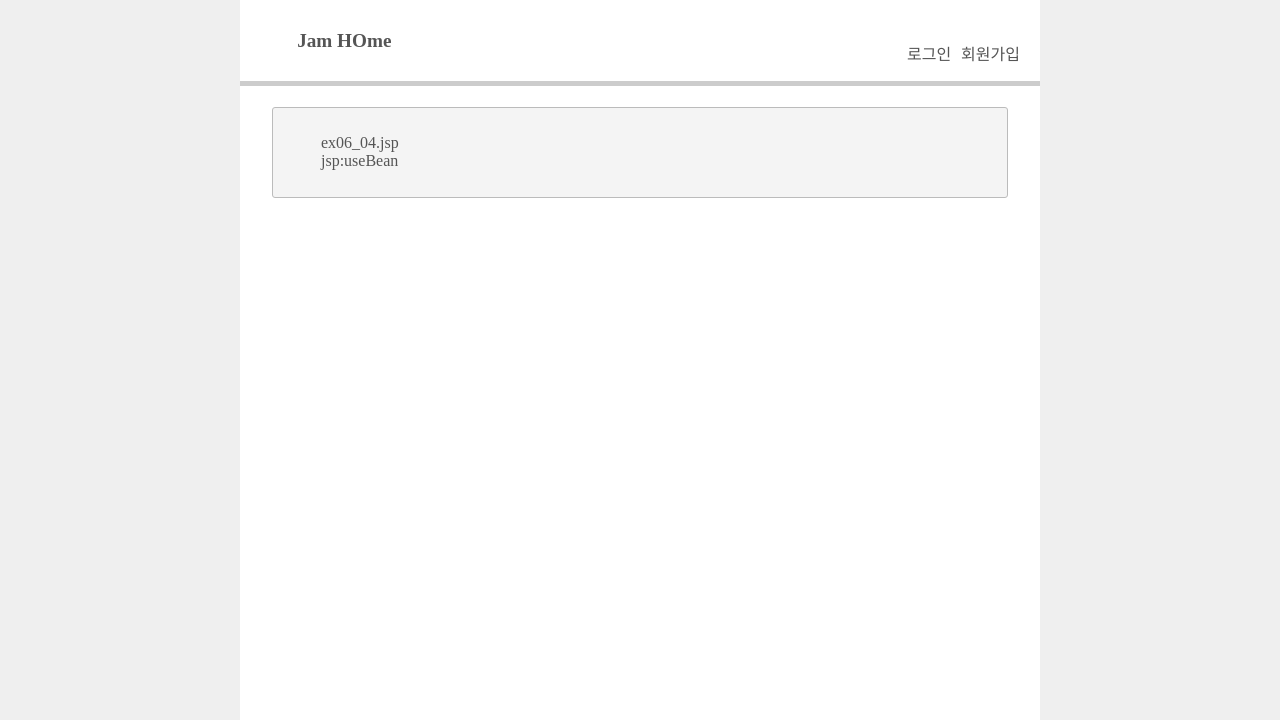
Repository: woals5636/JSPClass
Page: http://localhost/jspPro/days06/ex06_04.jsp
These files come from the project's save history. The page is drawn as it stood at one moment and after the next save; the edit follows.
The browser window is 1280 px wide. The pictures show the whole page.
Some web fonts or font styles are not loaded; a fallback is used. The page is served by Tomcat 9. Other server files are loaded and not shown.

Above is the page before, as saved 2024-10-22 07:51:59.

### jspPro/src/main/webapp/days06/ex06_04.jsp
<%@ page contentType="text/html; charset=UTF-8" pageEncoding="UTF-8"%>
<%@ taglib prefix="c" uri="http://java.sun.com/jsp/jstl/core"%>
<%@ page trimDirectiveWhitespaces="true" %>
<!DOCTYPE html>
<html>
<head>
<meta charset="UTF-8">
<title>Insert title here</title>
<link rel="shortcut icon" type="image/x-icon" href="http://localhost/jspPro/images/SiSt.ico">
<script src="https://ajax.googleapis.com/ajax/libs/jquery/3.7.1/jquery.min.js"></script>
<meta name="viewport" content="width=device-width, initial-scale=1.0">
<meta name="google" content="notranslate">
<link rel="stylesheet" href="http://localhost/jspPro/resources/cdn-main/example.css">
<script src="http://localhost/jspPro/resources/cdn-main/example.js"></script>
<style>
 span.material-symbols-outlined{
    vertical-align: text-bottom;
 }
</style>
</head>
<body>
<header>
  <h1 class="main"><a href="#" style="position: absolute;top:30px;">Jam HOme</a></h1>
  <ul>
    <li><a href="#">로그인</a></li>
    <li><a href="#">회원가입</a></li>
  </ul>
</header>
<div>
  <xmp class="code">
  	ex06_04.jsp
  	jsp:useBean
  </xmp>
</div>
</body>
</html>

### jspPro/src/main/webapp/resources/cdn-main/example.css
@charset "UTF-8";

@import url('https://fonts.googleapis.com/css2?family=Material+Symbols+Outlined:opsz,wght,FILL,GRAD@20..48,100..700,0..1,-50..200');

@font-face {
    font-family: 'GmarketSansMedium';
    src: url('https://cdn.jsdelivr.net/gh/projectnoonnu/noonfonts_2001@1.1/GmarketSansMedium.woff') format('woff');
    font-weight: normal;
    font-style: normal;
}

:root {
	--text-color: #555;
	--sub-text-color: #777;
	--back-color: #EFEFEF;
	--header-color: #444;
	--primary-color: #DEDEDE;
	--secondary-color: #EFEFEF;
	--default-width: 800px;
	--narrow-width: 500px;
	--wide-width: 1200px;
	--text-font: 'GmarketSansMedium';
	--icon-font: 'Material Symbols Outlined';
	--border-color: #CCC;
}

html, body {
	margin: 0;
	padding: 0;
}

html {
	background-color: var(--back-color);
	display: flex;
	justify-content: center;
	min-height: 100vh;
}

body, body.default {
	width: var(--default-width);
	background-color: white;
	padding-bottom: 120px;
}

body.wide {
	width: var(--wide-width);
}

body.narrow {
	width: var(--narrow-width);
}



body, p, div, span, a, input, select, option, textarea, button, table, th, td, label, fieldset, legend {
	font-family: var(--text-font);
	color: var(--text-color);
}

h1, h2, h3 {
	font-family: var(--text-font);
	color: var(--header-color);
	padding: 0 1rem;
	padding-top: .5rem;
}

div > h1, div > h2, div > h3 {
	padding: 0;
}

body > div, body > main > div {
	padding: 0.3rem 1rem;
}


h1 { font-size: 2rem; border-bottom: 1px solid var(--border-color); }
h1 small { font-size: 1.2rem; color: var(--sub-text-color); }
h2 { font-size: 1.5rem; border-bottom: 1px dashed var(--border-color); }
h2 small { font-size: 1.1rem; color: --sub-text-color; }
h3 { font-size: 1.2rem; }
h3 small { font-size: 1rem; color: --sub-text-color; }



h1.main::before {
	font-family: var(--icon-font);
  	content: '\e666';
  	margin-right: 10px;
  	float: left;
	font-size: 2.5rem;
}

h1.sub::before {
	font-family: var(--icon-font);
  	content: '\ea19';
  	margin-right: 10px;
  	float: left;
	font-size: 2.5rem;
}


h1.page::before {
	font-family: var(--icon-font);
  	content: '\e0e0';
  	margin-right: 10px;
  	float: left;
	font-size: 2.5rem;
}

body > header > ul > li > .active{
	background-color: #FFF;
	color:#F00;
}

body > header {
	display: flex;
	justify-content: space-between;
	border-bottom: 5px solid var(--border-color);
	min-height: 74px;
	background-color: #FFF;
}

body > header.sticky {
	position: sticky;
	top: 0;
	z-index: 98;
}

body > header > h1 {
	font-size: 1.2rem;
	border: 0;
}

body > header.in > h1::before {
	font-family: var(--icon-font);
  	content: '\e332‥';
  	margin-right: 3px;
  	float: left;
	font-size: 2rem;
}


body > header > ul {
	list-style-type: none;
	display: flex;
	align-items: flex-end;
	margin-right: 10px;
}

body > header > ul > li {
	margin-right: 10px;
	cursor: pointer;
}

body > header > ul > li > a {
	cursor: pointer;
}


form {
	display: block;
}

form > div {
	padding: 0.3rem 1rem;
}

div > form > div {
	padding: 0.3rem 0;
}

input, textarea, button, select {
	border: 1px solid #BBB;
	border-radius: 3px;
	outline: none;
	resize: none;
	padding: 7px;
	margin: 0;
}

input[type=text]:read-only, textarea:read-only {
	cursor: not-allowed;
	background-color: #FFF;
}

input[type=text]:disabled, textarea:disabled {
	cursor: not-allowed;
	background-color: #EEE;
}

input[type=text], input[type=password], textarea, button, select {
	/* width: 300px; */
}

textarea {
	display: block;
	height: 100px;
}

input[type=button], input[type=submit], button {
	/* width: inherit; */
}

input.short, textarea.short, button.short, select.short {
	width: 100px;
}

input.long, textarea.long, button.long, select.long {
	width: 350px;
}

.narrow input.long, .narrow textarea.long, .narrow button.long, .narrow select.long {
	width: calc(100% - 20px);
}

input.full, textarea.full, button.full, select.full {
	width: calc(100% - 20px);
}

textarea.short {
	height: 50px;
}

textarea.long {
	height: 100px;
}

textarea.full {
	height: 200px;
}

input, textarea {
	padding-top: 8px;
}

input[type=button], input[type=submit], button {
	padding: 5px 10px;
	background-color: var(--secondary-color);
	cursor: pointer;
	min-height: 36px;
}

input[type=button].primary, input[type=submit].primary, button.primary {
	/* background-color: rgba(100, 149, 237, .2); */
	background-color: var(--primary-color);
}

input[type=button].primary:hover, input[type=submit].primary:hover, button.primary:hover {
	/* background-color: rgba(100, 149, 237, .3); */
	background-color: var(--secondary-color);
}

input[type=button]:hover, input[type=submit]:hover, button:hover {
	background-color: var(--primary-color);
}

button {
	position: relative;
	left: 0;
	top: 0;
	padding-left: 35px;
}

button .material-symbols-outlined {
	position: absolute;
	left: 10px;
	top: 4px;
}

/* k2nik add */
button.login::before {
	font-family: var(--icon-font);
  	content: '\ea77';
	position: absolute;
	left: 11px;
	top: 4px;
	font-size: 1.25rem;
}

/* k2nik logout */
button.logout::before {
	font-family: var(--icon-font);
  	content: '\e9ba';
	position: absolute;
	left: 11px;
	top: 4px;
	font-size: 1.25rem;
}

/* k2nik help */
button.help::before {
	font-family: var(--icon-font);
  	content: '\f1c0';
	position: absolute;
	left: 11px;
	top: 4px;
	font-size: 1.25rem;
}

button.add::before{
	font-family: var(--icon-font);
  	content: '\e746';
	position: absolute;
	left: 11px;
	top: 4px;
	font-size: 1.25rem;
}

button.back::before {
	font-family: var(--icon-font);
  	content: '\e166';
	position: absolute;
	left: 11px;
	top: 4px;
	font-size: 1.25rem;
}

button.list::before {
	font-family: var(--icon-font);
  	content: '\e0ee';
	position: absolute;
	left: 11px;
	top: 4px;
	font-size: 1.25rem;
}


button.del::before {
	font-family: var(--icon-font);
  	content: '\e872';
	position: absolute;
	left: 11px;
	top: 4px;
	font-size: 1.25rem;
}


button.edit::before {
	font-family: var(--icon-font);
  	content: '\e745';
	position: absolute;
	left: 11px;
	top: 4px;
	font-size: 1.25rem;
}


button.login::before {
	font-family: var(--icon-font);
  	content: '\ea77';
	position: absolute;
	left: 11px;
	top: 4px;
	font-size: 1.25rem;
}


button.logout::before {
	font-family: var(--icon-font);
  	content: '\e9ba';
	position: absolute;
	left: 11px;
	top: 4px;
	font-size: 1.25rem;
}


button.in::before {
	font-family: var(--icon-font);
  	content: '\f71a';
	position: absolute;
	left: 11px;
	top: 4px;
	font-size: 1.25rem;
}


button.out::before {
	font-family: var(--icon-font);
  	content: '\f70e';
	position: absolute;
	left: 11px;
	top: 4px;
	font-size: 1.25rem;
}


button.reply::before {
	font-family: var(--icon-font);
  	content: '\e15e';
	position: absolute;
	left: 11px;
	top: 4px;
	font-size: 1.25rem;
}


button.comment::before {
	font-family: var(--icon-font);
  	content: '\e0b9';
	position: absolute;
	left: 11px;
	top: 4px;
	font-size: 1.25rem;
}


button.modal::before {
	font-family: var(--icon-font);
  	content: '\e89e';
	position: absolute;
	left: 11px;
	top: 4px;
	font-size: 1.25rem;
}


button.ok::before {
	font-family: var(--icon-font);
  	content: '\e86c';
	position: absolute;
	left: 11px;
	top: 4px;
	font-size: 1.25rem;
}


button.cancel::before {
	font-family: var(--icon-font);
  	content: '\e5c9';
	position: absolute;
	left: 11px;
	top: 4px;
	font-size: 1.25rem;
}

button.search::before {
	font-family: var(--icon-font);
  	content: '\e8b6';
	position: absolute;
	left: 11px;
	top: 4px;
	font-size: 1.25rem;
}

button.home::before {
	font-family: var(--icon-font);
  	content: '\e88a';
	position: absolute;
	left: 11px;
	top: 4px;
	font-size: 1.25rem;
}


button.sidebar::before {
	font-family: var(--icon-font);
  	content: '\f7e4';
	position: absolute;
	left: 11px;
	top: 4px;
	font-size: 1.25rem;
}


button.sidebar-right::before {
	font-family: var(--icon-font);
  	content: '\f7e5';
	position: absolute;
	left: 11px;
	top: 4px;
	font-size: 1.25rem;
}




button::before {
	font-family: var(--icon-font);
  	content: '\e323';
	position: absolute;
	left: 11px;
	top: 4px;
	font-size: 1.25rem;
}


table {
	border-collapse: collapse;
	margin: 1rem;
	box-sizing: border-box;
	width: calc(100% - 32px);
}

table.content {
	width: auto;
}

div > table {
	margin: 0;
}

table th, table td {
	border: 1px solid var(--border-color);
	padding: 7px;
	font-weight: normal;
}

table th {
	background-color: var(--back-color);
}

table.vertical th {
	width: 150px;
}

table.vertical td {
	width: calc(100% - 182px);
	padding-left: 10px;
}

table.content td, table.content th {
	width: auto;
}

body.narrow table.vertical th {
	width: 100px;
}

body.narrow table.vertical td {
	width: calc(100% - 182px);
}


table + table {
	margin-top: 30px;
}


p {
	padding: 0 1rem;
}

a {
	text-decoration: none;
}

a:hover {
	color: rgba(255, 99, 71, .7);
}

hr {
	border: 0;
	border-top: 1px solid var(--border-color);
	margin: 2rem 0;
}

.message {
	border: 1px solid var(--border-color);
	background-color: #EFEFEF;
	margin: 1rem;
	width: auto;
	padding-top: 10px;
	padding-bottom: 10px;
	font-size: 14px;
}

.message[title]::before {
	content: attr(title);
	display: block;
	border-bottom: 1px solid var(--border-color);
	padding-bottom: 5px;
	margin-bottom: 10px;
	margin-top: 7px;
}

.message.short {
	max-width: 250px;
}

.message.long {
	max-width: 500px;
}

.badge {
	float: right;
	font-size: .8rem;
	margin-top: 2px;
	margin-right: 2px;
	text-shadow: 0 0 7px gray;
}

.badge.left {
	float: none;
	margin-left: 2px;
}

.badge.right {
	float: right;
}

.badge.red {
	border-radius: 50%;
	padding: 2px 5px;
	background-color: rgb(255, 99, 71, .3);
}

.badge.yellow {

	border-radius: 50%;
	padding: 2px 5px;
	background-color: rgb(255, 215, 0, .5);
}

.badge.blue {
	border-radius: 50%;
	padding: 2px 5px;
	background-color: rgb(100, 149, 237, .3);
}

label + label {
	margin-left: 7px;
}

label input[type=checkbox], label input[type=radio] {
	transform: translate(0, 1px);
}

.group {
	display: flex;
}

.modal-content .group {
	margin-bottom: .5rem;
}

.group label {
	border: 1px solid #BBB;
	border-radius: 3px;
	outline: none;
	resize: none;
	padding: 7px 14px;
	margin: 0;
	border-top-right-radius: 0;
	border-bottom-right-radius: 0;
	background-color: #EFEFEF;
	white-space: nowrap;
	font-size: 14px;
}

.group input[type=text] {
	margin-left: -1px;
	border-top-left-radius: 0;
	border-bottom-left-radius: 0;
}

.group select {
	margin-left: -1px;
	border-top-left-radius: 0;
	border-bottom-left-radius: 0;
}

.group input.full[type=text] {
	margin-left: -1px;
	border-top-left-radius: 0;
	border-bottom-left-radius: 0;
	width: 100%;
}

.group input[type=button]:first-child, .group button:first-child {
	border-top-left-radius: 3px;
	border-bottom-left-radius: 3px;
	margin-left: 0px;
}

.group input[type=button], .group button {
	border-radius: 0;
	margin-left: -1px;
}

.group input[type=button]:last-child, .group button:last-child {
	margin-left: -1px;
	border-top-right-radius: 3px;
	border-bottom-right-radius: 3px;
}

.seperate {
	display: flex;
	justify-content: space-between;
}

div.list {
	width: max-content;
	margin: 1rem;
	border: 1px solid #BBB;
	border-radius: 3px;
	padding: 0;
}

div.list.full {
	width: auto;
	display: block;
	margin: 1rem;
	border: 1px solid #BBB;
	border-radius: 3px;
	padding: 0;
}

div.list > div {
	padding: .5rem 1rem;
	margin: 0;
	border-bottom: 1px solid #BBB;
}

div.list > div:last-child {
	border-bottom: 0;
}

pre.code , xmp.code{
	font-family: consols;
	background-color: rgba(150, 150, 150, .1);
	border: 1px solid #BBB;
	border-radius: 3px;
	padding: .5rem 1rem;
	padding-bottom: .6rem;
	margin: 1rem;
}




*[data-modal-window] {
	position: fixed;
	background-color: rgba(0, 0, 0, .3);
	left: 0;
	top: 0;
	display: none;
	justify-content: center;
	align-items: flex-start;
	width: 100%;
	min-height: 100vh;
	z-index: 100;
	opacity: 0;
	transition: 500ms all;
}

*[data-modal-window] .modal-container {
	border-radius: 5px;
	padding: 1rem;
	padding-bottom: .5rem;
	margin-top: -500px;
	opacity: 0;
	width: 500px;
	background-color: #FFF;
	margin-right: 2rem;
	transition: 500ms all;
}

*[data-modal-size=content] .modal-container {
	width: auto;
}

*[data-modal-size=narrow] .modal-container {
	width: 300px;
}

*[data-modal-size=wide] .modal-container {
	width: 760px;
}


*[data-modal-window] .modal-header {
	border-bottom: 1px solid var(--border-color);
	padding: 2px 5px;
}

*[data-modal-window] .modal-content {
	padding: 1rem 5px;
}

*[data-modal-window] .modal-content div:last-child {
	margin-top: 1rem;
	text-align: right;
}



*[data-sidebar-window] {
	position: fixed;
	background-color: #FFF;
	left: 0;
	top: 0;
	display: block;
	width: 300px;
	border-right: 1px solid var(--border-color);
	box-sizing: border-box;
	box-shadow: 0 0 3px var(--back-color);
	min-height: 100vh;
	z-index: 99;
	transform: translate(-300px, 0);
	transition-duration: 500ms;
	transition-property: transform;
}

*[data-sidebar-direction=right] {
	left: auto;
	right: 0;
	transform: translate(300px, 0);
	border-left: 1px solid var(--border-color);
}

*[data-sidebar-size=wide] {
	width: 500px;
	transform: translate(-500px, 0);
}

*[data-sidebar-window] .sidebar-title {
	border-bottom: 1px solid var(--border-color);
	margin-top: 20px;
	margin-bottom: 20px;
	padding-bottom: 5px;
	display: flex;
	justify-content: space-between;
}

*[data-sidebar-window] .sidebar-title span:last-child {
	cursor: pointer;
}


/* K2Nik pagination */
.center {
  text-align: center;
}

.pagination {
  display: inline-block;
}

.pagination a {
  color: black;
  float: left;
  padding: 3px 6px;
  text-decoration: none;
  transition: background-color .3s;
  border: 1px solid #ddd;
  margin: 0 3px;
}

.pagination a.active {
  background-color: #4CAF50;
  color: white;
  border: 1px solid #4CAF50;
}

.pagination a:hover:not(.active) {background-color: #ddd;}

### jspPro/src/main/webapp/resources/cdn-main/example.js

window.onload = () => {

    const list = document.querySelectorAll('input, textarea');

    list.forEach(item => {
        item.setAttribute('autocomplete', 'off');
    });


    const modal_btn_list = document.querySelectorAll('*[data-modal-button]');

    modal_btn_list.forEach(item => {
        item.onclick = function() {

            const name = this.dataset['modalButton'];
            const modal_window = document.querySelector('*[data-modal-window=' + name);

            const container = document.createElement('div');
            container.className = 'modal-container';



            const modal_header = document.createElement('div');
            modal_header.textContent = modal_window.dataset['modalTitle'];
            modal_header.className = 'modal-header';
            container.appendChild(modal_header);

            const modal_content = document.createElement('div');
            modal_content.className = 'modal-content';
            container.appendChild(modal_content);

            Array.from(modal_window.childNodes).forEach(item => {
                modal_content.appendChild(item);
            });

            modal_window.appendChild(container);

            modal_window.style.display = 'flex';

            setTimeout(() => {
                modal_window.style.opacity = 1;
                container.style.marginTop = '20px';
                container.style.opacity = 1;
            }, 50);


            const modal_ok = document.querySelector('*[data-modal-ok=' + name);
            modal_ok.addEventListener('click', function() {
                modal_window.style.opacity = 0;
                container.style.marginTop = '-500px';
                container.style.opacity = 0;

                setTimeout(() => {
                    modal_window.innerHTML = modal_content.innerHTML;
                    modal_window.style.display = 'none';
                }, 500);

            });

            const modal_cancel = document.querySelector('*[data-modal-cancel=' + name);
            modal_cancel.addEventListener('click', function() {

                modal_window.style.opacity = 0;
                container.style.marginTop = '-500px';
                container.style.opacity = 0;

                setTimeout(() => {
                    modal_window.innerHTML = modal_content.innerHTML;
                    modal_window.style.display = 'none';
                }, 500);
            });


        };
    });


    const sidebar_btn_list = document.querySelectorAll('*[data-sidebar-button]');

    sidebar_btn_list.forEach(item => {
        item.onclick = function() {



            const name = this.dataset['sidebarButton'];
            const sidebar_window = document.querySelector('*[data-sidebar-window=' + name);

            if (sidebar_window.style.transform == 'translate(0px, 0px)') return;



            sidebar_window.style.transform = 'translate(0, 0)';

            const sidebar_title = document.createElement('div');
            sidebar_title.className = 'sidebar-title';
            sidebar_title.innerHTML = '<span>' + sidebar_window.dataset['sidebarTitle'] + '</span><span class="material-symbols-outlined">close</span>';

            sidebar_title.children[1].onclick = function() {

                let sign = 1;
                let distance = 300;

                if (sidebar_window.dataset['sidebarDirection'] != 'right') {
                    sign = -1;
                } else {
                    sign = 1;
                }

                if (sidebar_window.dataset['sidebarSize'] != 'wide') {
                    distance = 300;
                } else {
                    distance = 500;
                }

                distance *= sign;

                sidebar_window.style.transform = 'translate(' + distance + 'px, 0)';

                setTimeout(function() {
                    sidebar_window.removeChild(sidebar_window.children[0]);
                }, 500);
            };


            sidebar_window.prepend(sidebar_title);

        }
    });

};

// window.onkeydown = function(event) {

//     if (event.keyCode == 27) {
//         if (document.querySelector('[data-modal-window').style.display == 'flex') {
//             document.querySelector('[data-modal-window').style.display = 'none';
//         }
//     }

// };

After the next save:
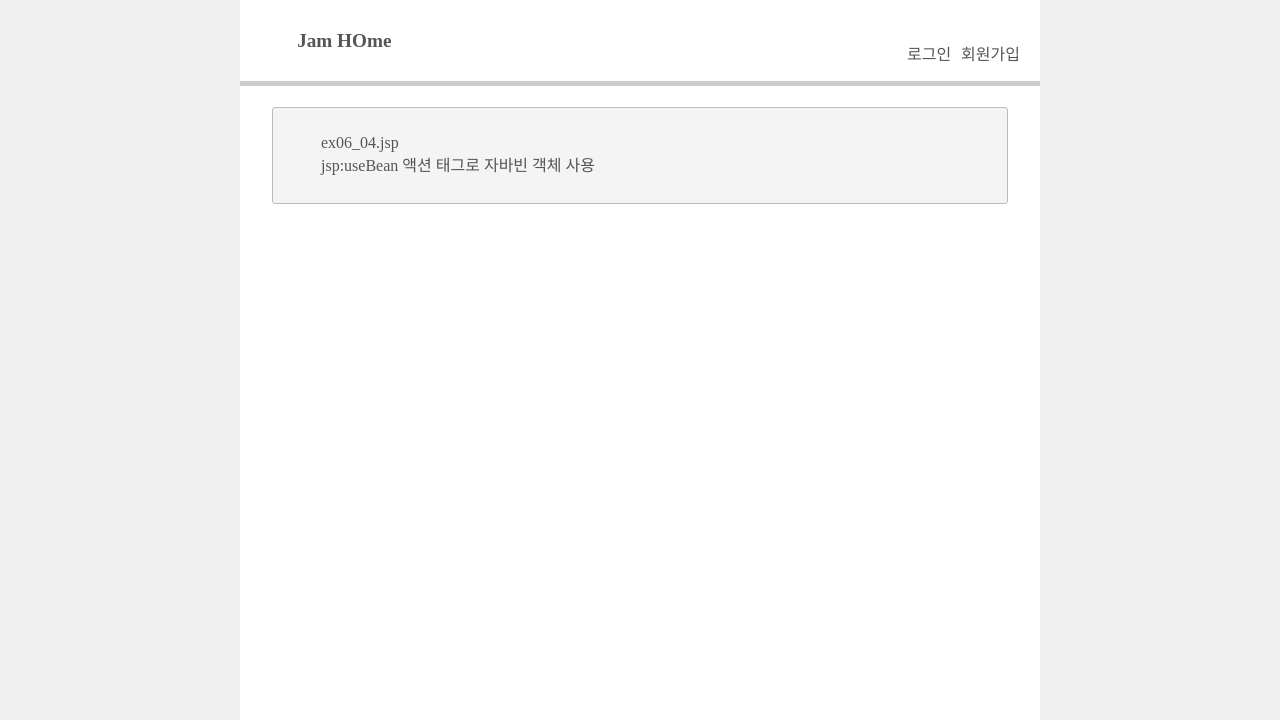
Saved 7 s later.
--- a/jspPro/src/main/webapp/days06/ex06_04.jsp
+++ b/jspPro/src/main/webapp/days06/ex06_04.jsp
@@ -29,7 +29,7 @@
 <div>
   <xmp class="code">
   	ex06_04.jsp
-  	jsp:useBean
+  	jsp:useBean 액션 태그로 자바빈 객체 사용
   </xmp>
 </div>
 </body>
